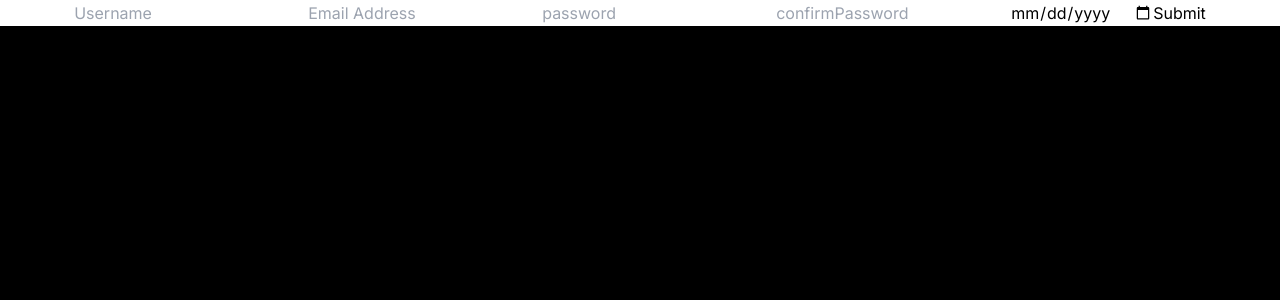
Repository: uh-sman/tiktok-card
Page: /
These files come from the project's save history. The page is drawn as it stood at one moment and after the next save; the edit follows.
The browser window is 1280 px wide. The pictures show the whole page.
The project was rebuilt for these pictures with package versions that can differ from the ones it lists, and the page was loaded fresh each time. The framework's server and built-in components were replaced by stand-ins that run in the browser. Also part of the build but not shown: next.config.js.

Above is the page before, as saved 2023-12-19 11:52:41.

After the next save:
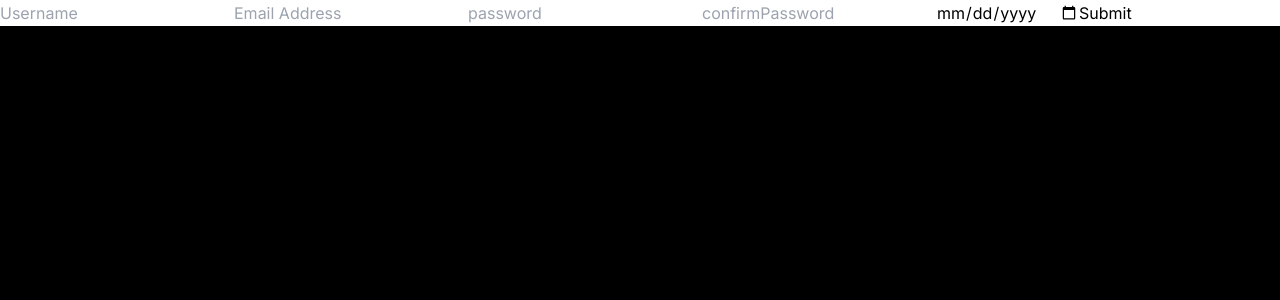
Saved 24 s later.
--- a/app/page.tsx
+++ b/app/page.tsx
@@ -22,7 +22,7 @@ export default function Home() {
   return (
     <div className="bg-black h-screen w-screen">
       {/* <div className="flex justify-center"> */}
-      <div className="flex justify-center items-center flex-col bg-white">
+      <div className="flex justify-center flex-col bg-white">
         <form onSubmit={()=> {}}>
           <Input
             className=""
